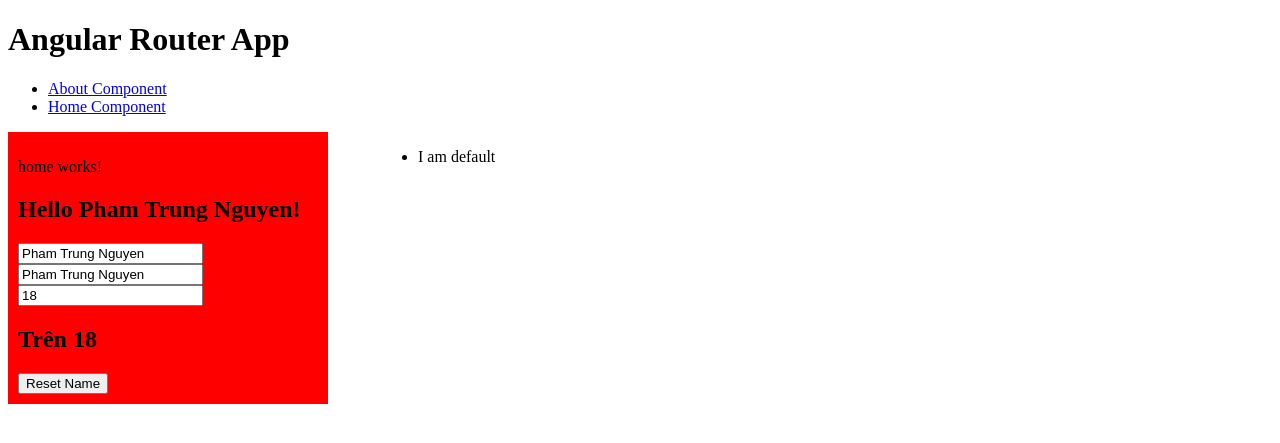
Repository: PhamTrungNguyen/Angular12
Page: / (app in Angular/)
These files come from the project's save history. The page is drawn as it stood at one moment and after the next save; the edit follows.
The browser window is 1280 px wide. The pictures show the whole page.
The project was rebuilt for these pictures with package versions that can differ from the ones it lists, and the page was loaded fresh each time. Also part of the build but not shown: Angular/angular.json, Angular/src/app/about/about.component.ts, Angular/src/app/page-not-found/page-not-found.component.ts.

Above is the page before, as saved 2023-01-03 20:31:05.

After the next save:
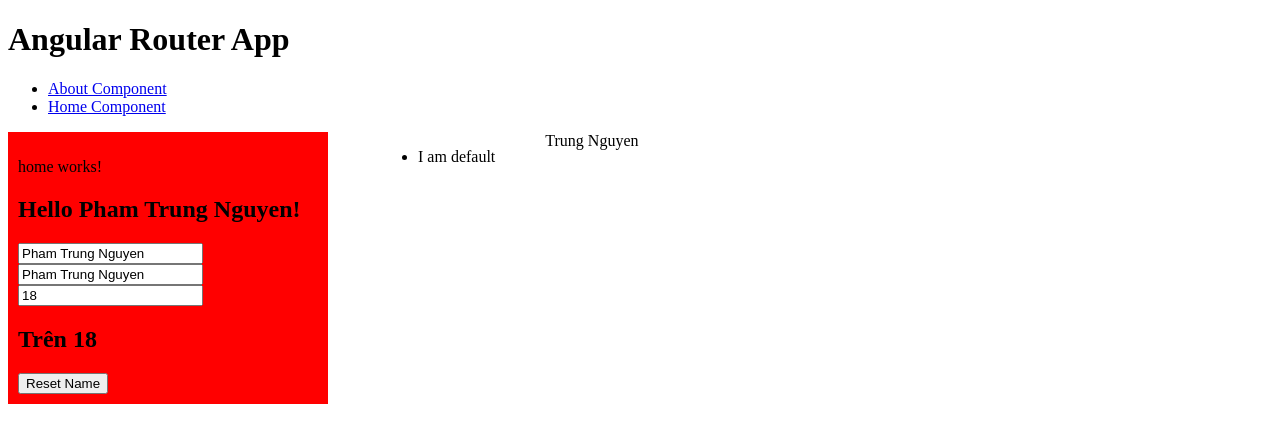
Saved 19 s later.
--- a/Angular/src/app/home/home.component.html
+++ b/Angular/src/app/home/home.component.html
@@ -30,4 +30,5 @@
             </li>
         </ul>
     </div>
+    <span appHighlight>Trung Nguyen</span>
 </div>
